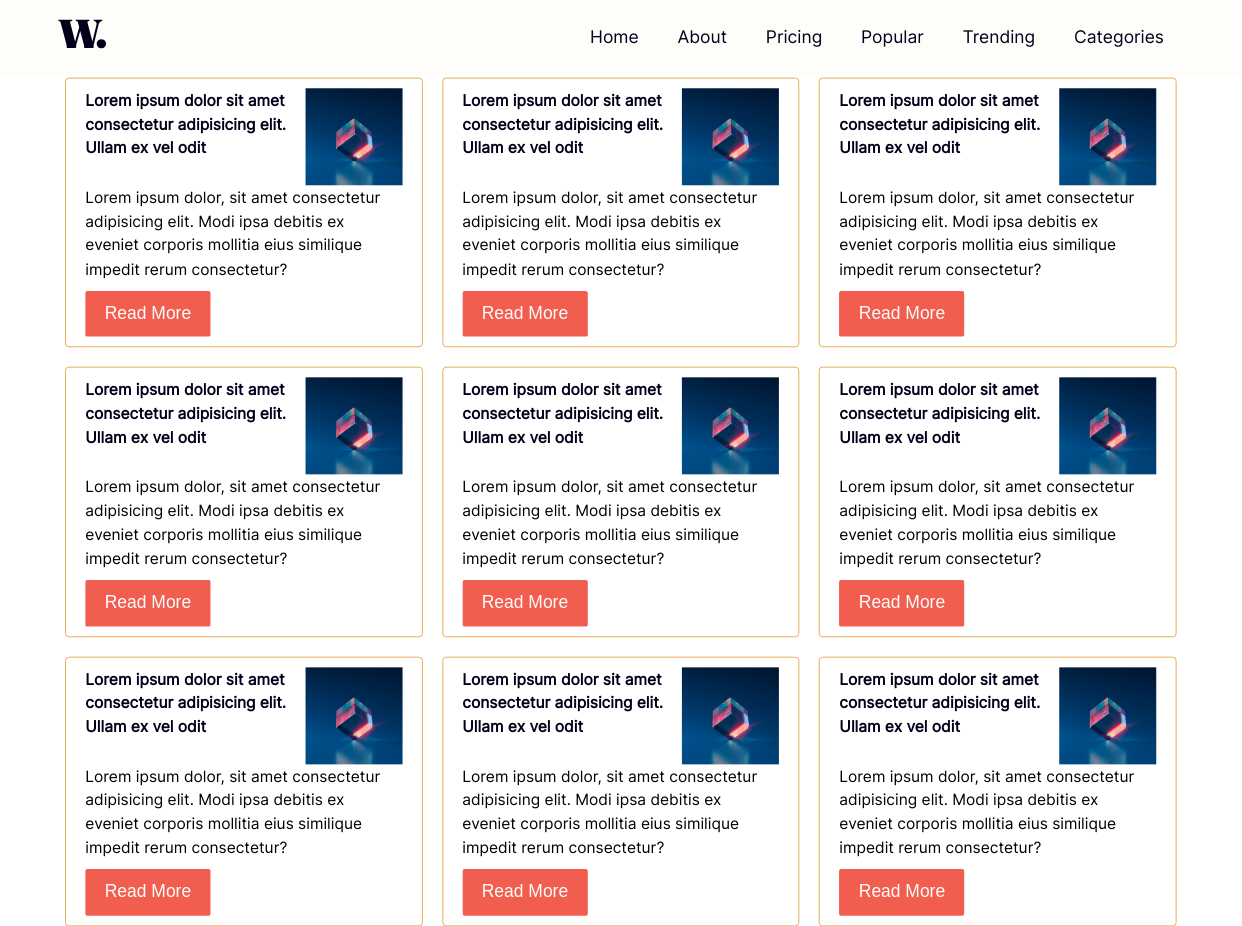
Repository: Benedict-Anthony/web3.0-blog-chain
Page: /trending
An editor plug-in stored every save of this project. The page is shown before and after the next save, followed by the edit.
The browser window is 1280 px wide. The pictures show the whole page, at 97% of full size.
The project was rebuilt for these pictures with package versions that can differ from the ones it lists, and the page was loaded fresh each time. The framework's server and built-in components were replaced by stand-ins that run in the browser. Also part of the build but not shown: next.config.js, styles/styles.css.

Above is the page before, as saved 2022-12-21 03:16:24.

After the next save:
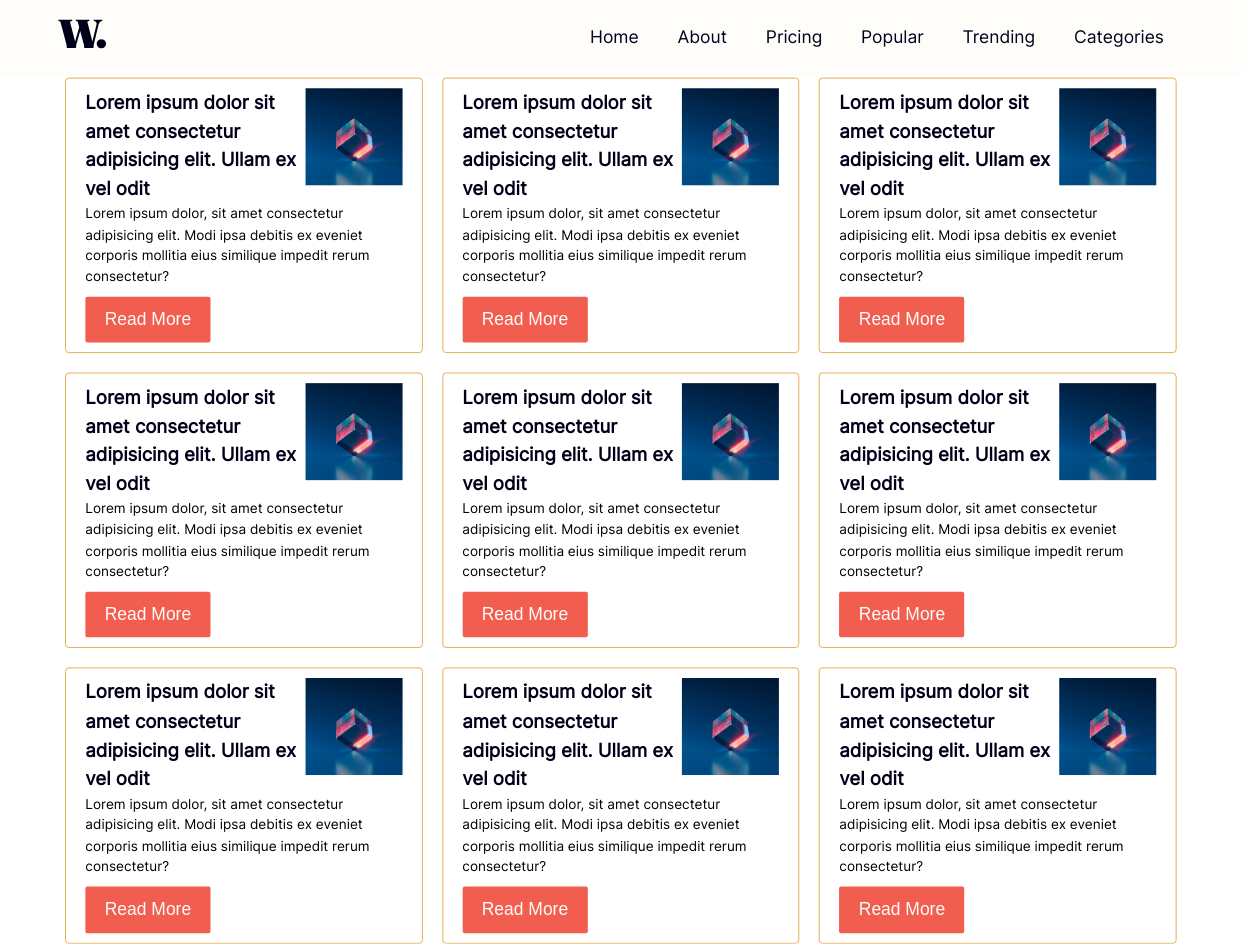
Saved 10 s later.
--- a/styles/Trending.module.scss
+++ b/styles/Trending.module.scss
@@ -19,8 +19,12 @@
         h4{
             font-weight: 600;
             color: var(--VeryDarkBlue);
+            font-size: 1.2rem;
         }
 
+    }
+    p{
+        font-size: 14px;
     }
 
 
